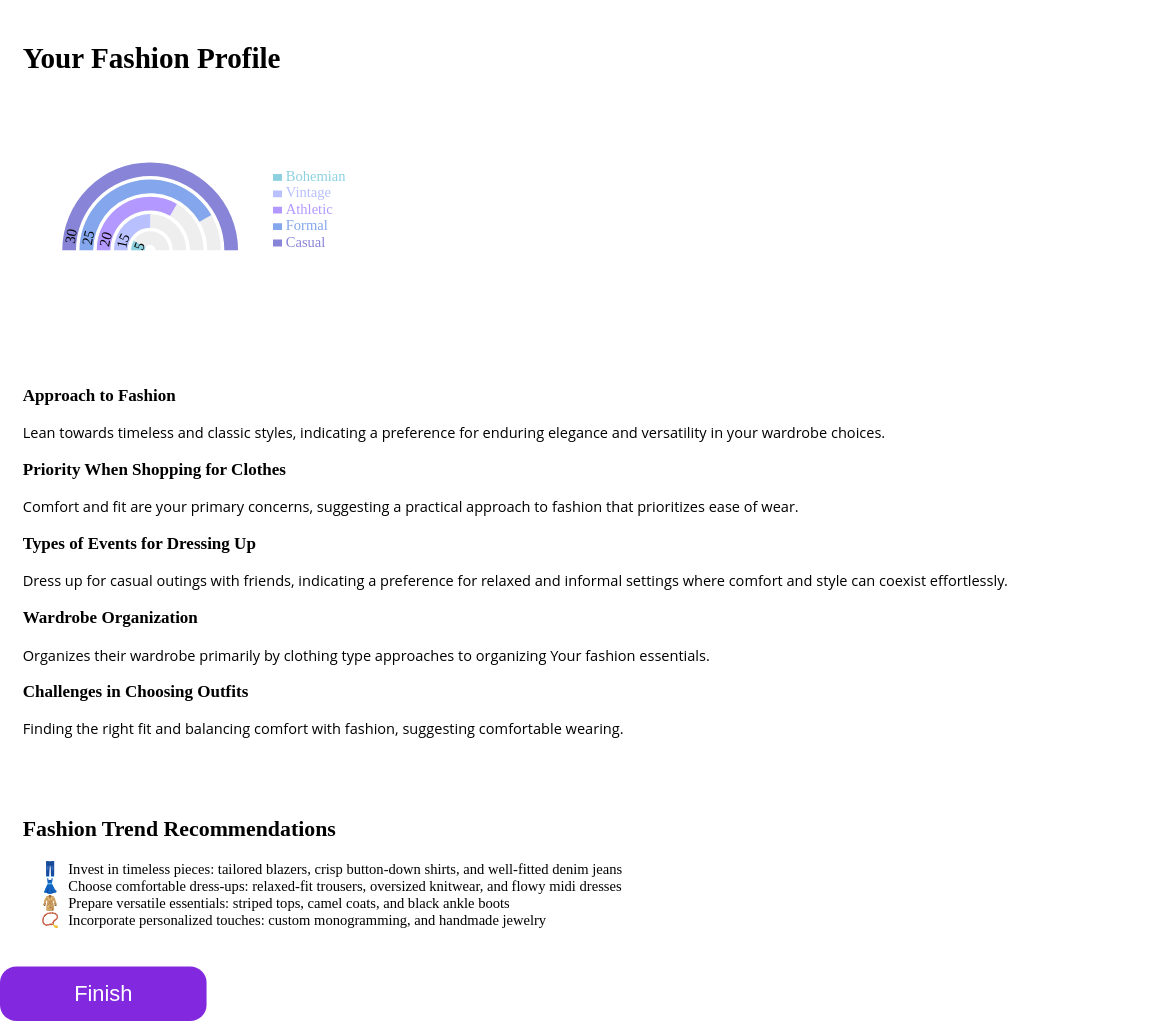
Repository: navnneett/clotho
Page: /QuizQuestions/Chart
An editor plug-in stored every save of this project. The page is shown before and after the next save, followed by the edit.
The browser window is 1280 px wide. The pictures show the whole page, at 91% of full size.
The project was rebuilt for these pictures with package versions that can differ from the ones it lists, and the page was loaded fresh each time. The framework's server and built-in components were replaced by stand-ins that run in the browser. Also part of the build but not shown: next.config.js, next.config.mjs.

Above is the page before, as saved 2024-04-06 19:18:38.

After the next save:
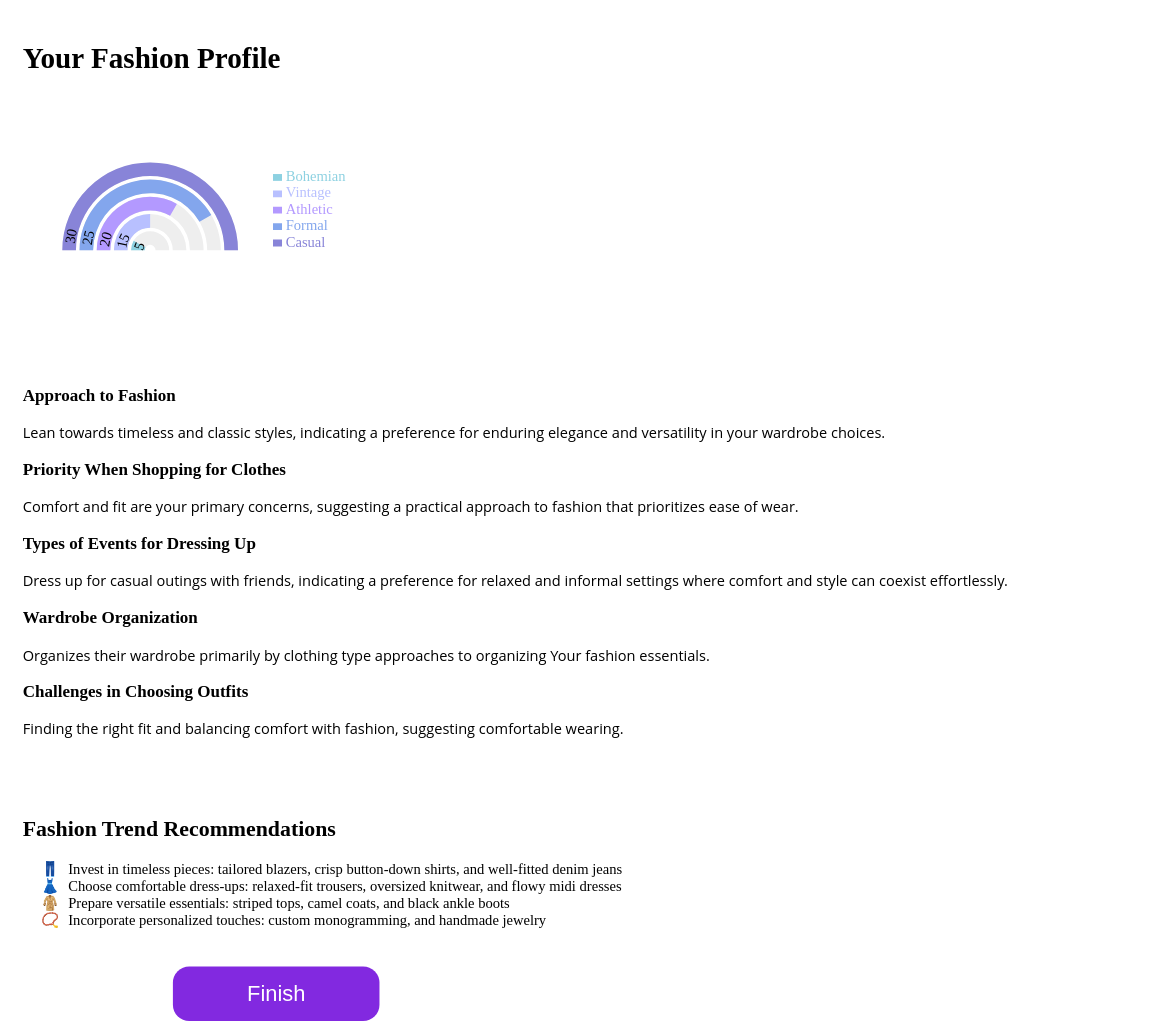
Saved 62 s later.
--- a/styles/Chart.module.css
+++ b/styles/Chart.module.css
@@ -31,5 +31,5 @@
 }
 
 .buttonPosition {
-    align-items: center;
+    padding-left: 190px;
 }
